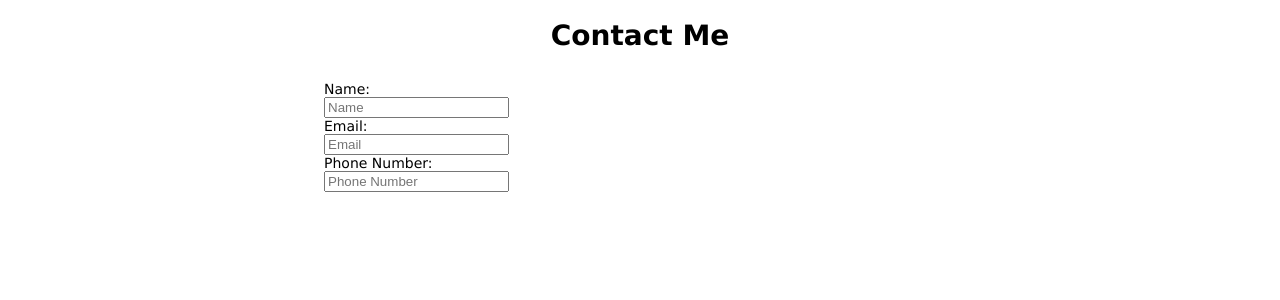
Repository: JanakanS95/COMP-229-Assignment-1
Page: http://localhost/contact
An editor plug-in stored every save of this project. The page is shown before and after the next save, followed by the edit.
The browser window is 1280 px wide. The pictures show the whole page.
The page is served by the project's Node server (app.js). Other server files are loaded and not shown.

Above is the page before, as saved 2021-06-04 05:05:04.

### views/contact.ejs
<!DOCTYPE html>
<html lang="en">
<head>
    <meta charset="UTF-8">
    <meta http-equiv="X-UA-Compatible" content="IE=edge">
    <meta name="viewport" content="width=device-width, initial-scale=1.0">
    <title><%= title %></title>
    <link rel='stylesheet' href='/Content/contact.css' />
</head>
<body>
    <h1><%= title %></h1>
    <div class = 'container'>
        <form>
            <label>Name:</label>
            <br>
            <input id='name' placeholder='Name' type='text'>
            <br>
            <label>Email:</label>
            <br>
            <input id='email' placeholder='Email' type='email'>
            <br>
            <label>Phone Number:</label>
            <br>
            <input id='phone' placeholder='Phone Number' type='tel'>
            <br>
        </form>
    </div>
</body>
</html>

### app.js
let createError = require('http-errors');
let express = require('express');
let path = require('path');
let cookieParser = require('cookie-parser');
let logger = require('morgan');

let indexRouter = require('./routes/index');
let usersRouter = require('./routes/users');

let app = express();

// view engine setup
app.set('views', path.join(__dirname, 'views'));
app.set('view engine', 'ejs');

app.use(logger('dev'));
app.use(express.json());
app.use(express.urlencoded({ extended: false }));
app.use(cookieParser());
app.use(express.static(path.join(__dirname, 'public')));

app.use('/', indexRouter);
app.use('/users', usersRouter);

// catch 404 and forward to error handler
app.use(function(req, res, next) {
  next(createError(404));
});

// error handler
app.use(function(err, req, res, next) {
  // set locals, only providing error in development
  res.locals.message = err.message;
  res.locals.error = req.app.get('env') === 'development' ? err : {};

  // render the error page
  res.status(err.status || 500);
  res.render('error');
});

module.exports = app;

### routes/index.js
var express = require('express');
var router = express.Router();

/* GET home page. */
router.get('/', function(req, res, next) {
  res.render('index', { title: 'Janakan Sivananthan' });
});

/* GET home page. */
router.get('/home', function(req, res, next) {
  res.render('index', { title: 'Janakan Sivananthan' });
});

/* GET About me page. */
router.get('/about', function(req, res, next) {
  res.render('about', { title: 'About Me' });
});

/* GET Projects page. */
router.get('/projects', function(req, res, next) {
  res.render('projects', { title: 'Projects' });
});

/* GET Service page. */
router.get('/services', function(req, res, next) {
  res.render('services', { title: 'Services' });
});

/* GET Contact Me page. */
router.get('/contact', function(req, res, next) {
  res.render('contact', { title: 'Contact Me' });
});

module.exports = router;

### public/Content/contact.css
body {
    font: 14px "Lucida Grande", Helvetica, Arial, sans-serif;
  }

  h1 {
    text-align : center;
  }

  .container{
      margin : auto;
      width : 50%;
      padding : 10px;
  }

  .container label, input{
      margin: auto;
      width 50%;
  }

After the next save:
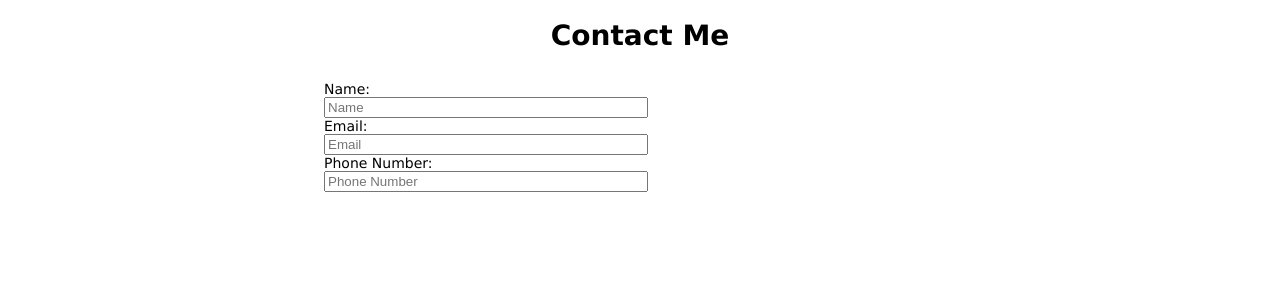
Saved 4 s later.
--- a/public/Content/contact.css
+++ b/public/Content/contact.css
@@ -14,5 +14,5 @@
 
   .container label, input{
       margin: auto;
-      width 50%;
+      width : 50%;
   }

After the save that followed:
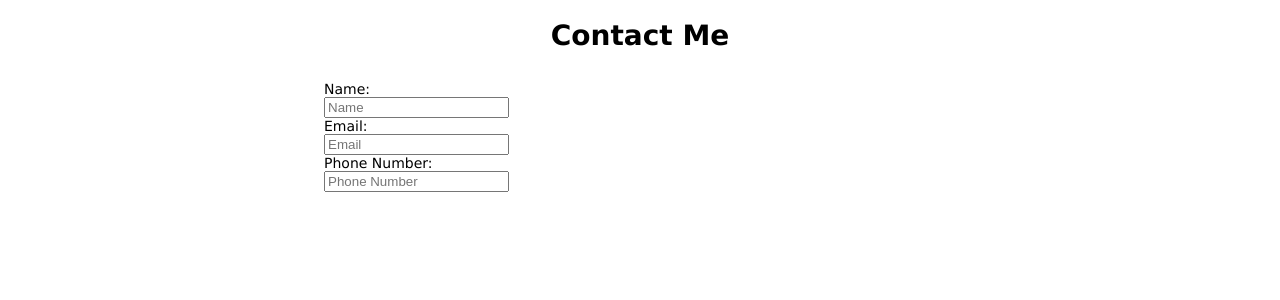
Saved 22 s later.
--- a/public/Content/contact.css
+++ b/public/Content/contact.css
@@ -13,6 +13,5 @@
   }
 
   .container label, input{
-      margin: auto;
-      width : 50%;
+      align-content: center;
   }
